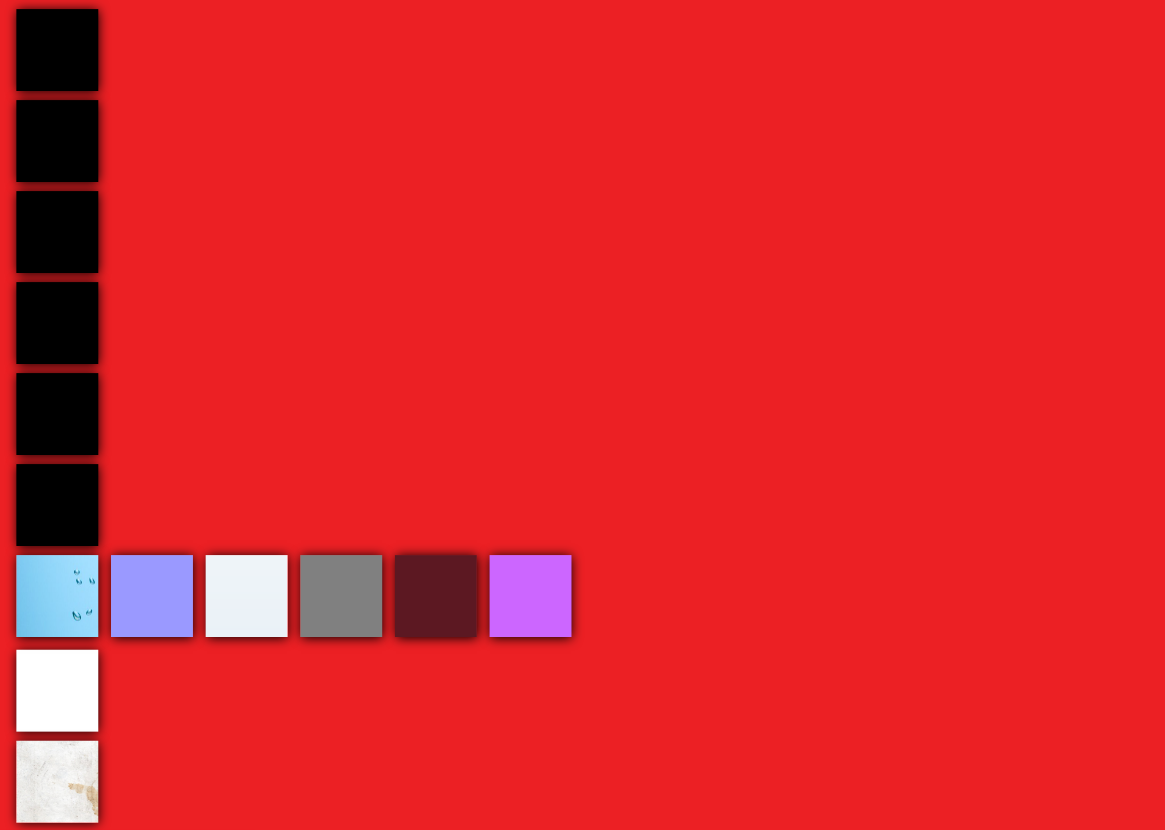
Repository: raghu225/raghu225.github.io
Page: archive/index.html
The author's editor kept a record of every edit. The page is drawn from the files as they stood at one moment, then again after the next edit.
The browser window is 1280 px wide. The pictures show the whole page, at 91% of full size.

Above is the page before.

After the next edit:
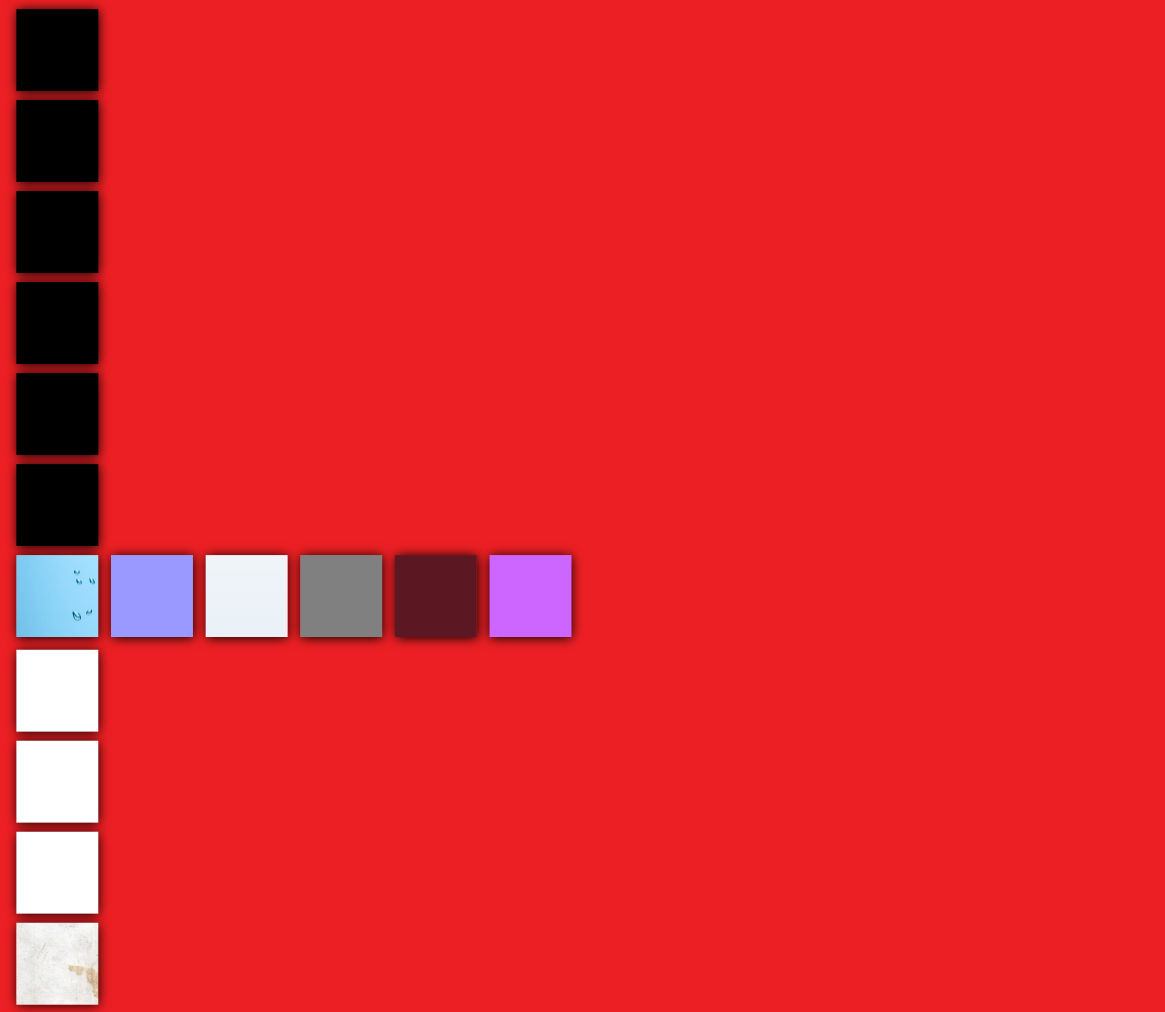
The edit:
--- a/archive/index.html
+++ b/archive/index.html
@@ -22,6 +22,8 @@
         <img class="background" src="assets/images/maroon.png"/>
         <img class="background" src="assets/images/purple.png"/>
         <div class="white background"></div>
+        <div class="white background"></div>
+        <div class="white background"></div>
         <img class="background" src="assets/images/wtex.png"/>
 
     </body>
